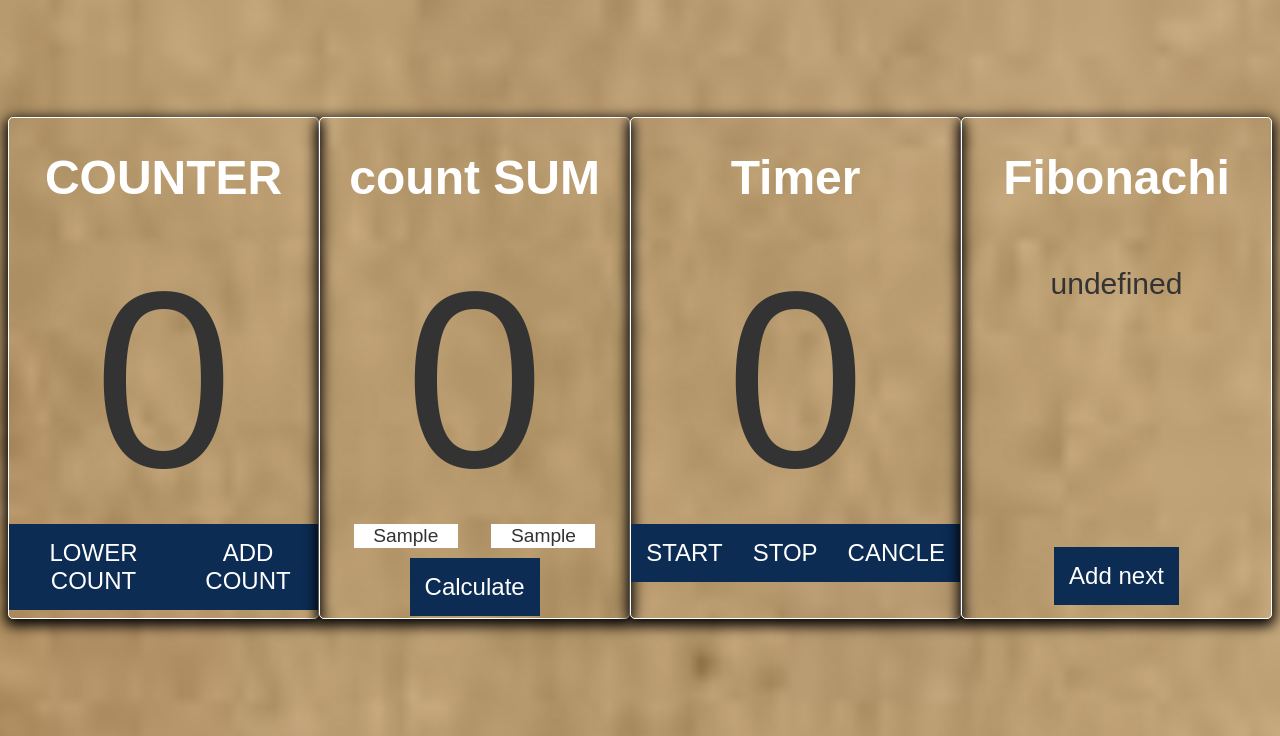
Repository: Hasmik-icml/counter
Page: index.html
These files come from the project's save history. The page is drawn as it stood at one moment and after a run of saves; the edit follows.
The browser window is 1280 px wide. The pictures show the whole page.
Empty fields were first filled with sample values (such as "Sample", 5 or name@example.com).
After loading, the first visible `div.fibonachiButtons` was clicked once.

Above is the page before, as saved 2022-02-14 23:31:52.

### index.html
<!DOCTYPE html>
<html lang="en">
<head>
    <meta charset="UTF-8">
    <meta http-equiv="X-UA-Compatible" content="IE=edge">
    <meta name="viewport" content="width=device-width, initial-scale=1.0">
    <link rel="stylesheet" href="/style.css">
    <title>Document</title>
</head>
<body>
    <!-- increase decrease -->
    <div class="container">
        <h1 class="counterHeader">COUNTER</h1>
        <div class="result">0</div>
        <div class="buttons">
            <button class="buttonLower button" data-id="lower">LOWER COUNT</button>
            <button class="buttonAdd button" data-id="add">ADD COUNT</button>
    </div>
    </div>

    <!--calculate sum of two numbers  -->
    <div class="container">
        <h1 class="counterHeader">count SUM</h1>
        <div class="resultSum result">0</div>
        <div class="inputs">
            <input type="text" class="inputNumber1 input">
            <input type="text" class="inputNumber2 input">
        </div>
        <button class="calculateNumber button">Calculate</button>
        <!--  -->
    </div>
    <!-- timer -->
    <div class="container">
        <h1 class="counterHeader">Timer</h1>
        <div class="resultTimer result">0</div>
        <div class="timerButtons buttons">
            <button class="buttonStart button">START</button>
            <button class="buttonStop button">STOP</button>
            <button class="buttonCansle button">CANCLE</button>
         </div>
    </div>
    <!-- fibonachi -->
    <div class="container">
        <h1 class="counterHeader">Fibonachi</h1>
        <div class="resultFibonachi result">0,1</div>
        <div class="fibonachiButtons buttons">
            <button class="buttonStart button">Add next</button>
         </div>
    </div>

    <script src="/index.js"></script>
</body>
</html>

### style.css
body{
    display:flex;
    text-align: center;
    /* flex-direction:column;
    justify-content:center; */
    min-height:100vh;
    background-image: url("/background.png");
    background-repeat: no-repeat;
    background-size: cover;
}
.container {
    width: 500px;
    height: 500px;
    border: 1px solid white;
    border-radius: 5px;
    margin: auto;
    text-align: center;
    box-shadow: 0px 4px 13px 3px;
    display: flex;
    flex-direction: column;
    justify-content: center;
    display: inline-block;
    justify-content: center;
    vertical-align: bottom;
}
.counterHeader{
    color: white;
    font-family: sans-serif;
    font-size: xxx-large;
}
.result{
    color: #333333;
    font-family: sans-serif;
    font-size: 250px;
}
.button{
    background-color: #0c2c54;
    border-style: none;
    color: white;
    padding: 15px;
    font-family: sans-serif;
    font-size: x-large;
}
.buttons{
    display: flex;
    justify-content: space-evenly;
}

.inputs{
    display: flex;
    justify-content: space-evenly;
    margin-bottom: 10px;
}
.input{
    border: none;
    font-size: larger;
    font-family: sans-serif;
    text-align: center;
    color: #333333;
    width: 100px;
    outline: none;
}
.resultFibonachi{
    font-size: 30px;
    height: 50%;
    overflow-wrap: anywhere;
    padding: 30px;
}

### index.js
// increase decrease
const result = document.querySelector(".result");
const buttonLower = document.querySelector(".buttonLower");
const buttonAdd = document.querySelector(".buttonAdd");

buttonLower.addEventListener("click", function(){
    result.innerHTML--;
})
buttonAdd.addEventListener("click", function(){
    result.innerHTML++;
})

// second version
// document.querySelectorAll(".button").forEach(item => {
//     item.addEventListener("click", function(e){
//         console.log("Target",item.getAttribute("data-id"));
//         if (item.getAttribute("data-id") === "add"){
//             result.innerHTML++;
//         }else{
//             result.innerHTML--;
//         }
//     })
// })


// calculate sum of two numbers
document.querySelector(".calculateNumber").addEventListener("click", function(){
    const number1 = +document.querySelector(".inputNumber1").value;
    const number2 = +document.querySelector(".inputNumber2").value;
    document.querySelector(".resultSum").innerHTML = calculate(number1)(number2);

})

function calculate(num1){
    return function(num2){
        return num1 + num2;
    }
}

// timer
const buttonStart = document.querySelector(".buttonStart");
const buttonStop = document.querySelector(".buttonStop");
const buttonCansle = document.querySelector(".buttonCansle");
const resultTimer = document.querySelector(".resultTimer");
let interval;

buttonStart.addEventListener("click", function(){
    interval = setInterval(timerStart, 1000);
})

buttonStop.addEventListener("click", function(){
    timerStop();
})

buttonCansle.addEventListener("click", function(){
    resultTimer.innerHTML = "0";
})

function timerStart(){
    resultTimer.innerHTML++;
}

function timerStop(){
  clearInterval(interval);
}

//fibonachi
let fibonachiNumbers = [0, 1];

document.querySelector(".fibonachiButtons").addEventListener("click",function(){
   let next = fibonachiNumbers.length + 1;
 fib(next);
  console.log(next);
  document.querySelector(".resultFibonachi").innerHTML = fibonachiNumbers[next];

})


function fib(next){
    console.log(next);
    fibonachiNumbers.push(fibonachiNumbers[fibonachiNumbers.length-1] + fibonachiNumbers[fibonachiNumbers.length - 2]);
    console.log(fibonachiNumbers);
}

After the next 3 saves:
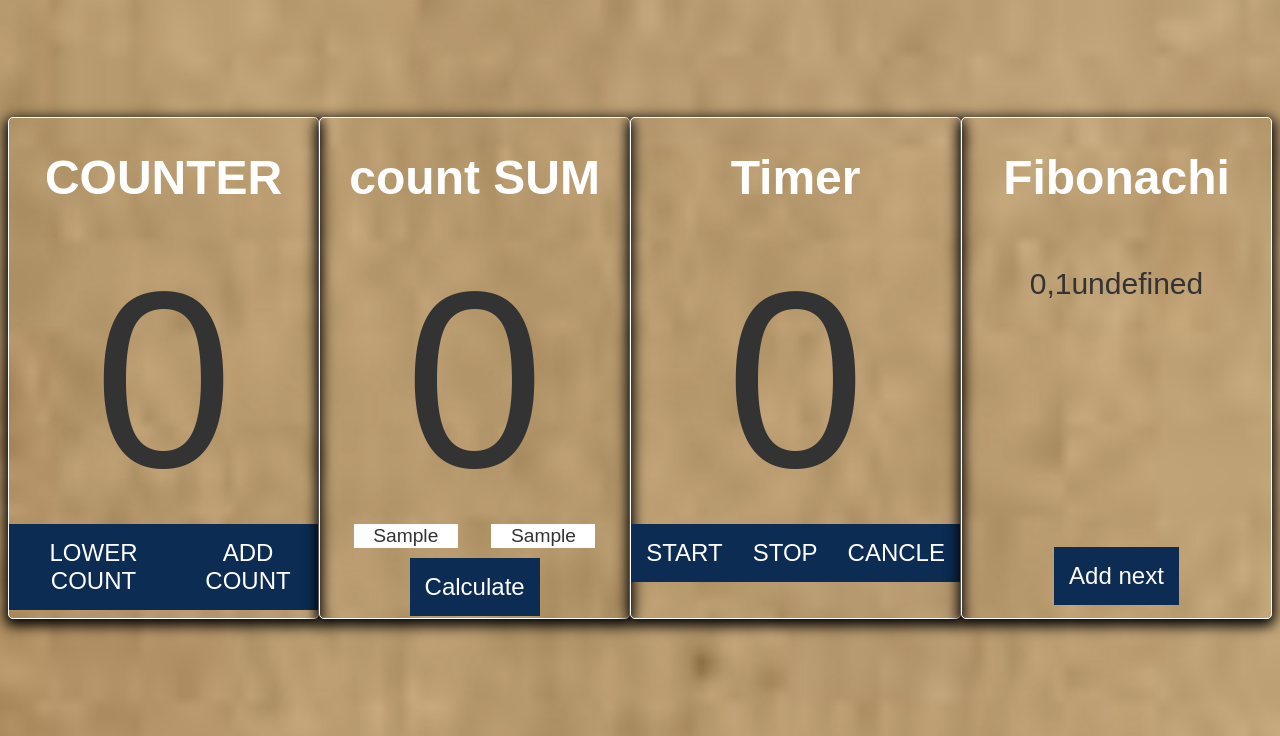
The 3 saves are shown as one change because they came seconds apart.
The last was saved 64 s later.
--- a/index.js
+++ b/index.js
@@ -71,7 +71,7 @@ document.querySelector(".fibonachiButtons").addEventListener("click",function(){
    let next = fibonachiNumbers.length + 1;
  fib(next);
   console.log(next);
-  document.querySelector(".resultFibonachi").innerHTML = fibonachiNumbers[next];
+  document.querySelector(".resultFibonachi").innerHTML += fibonachiNumbers[next];
 
 })
 
